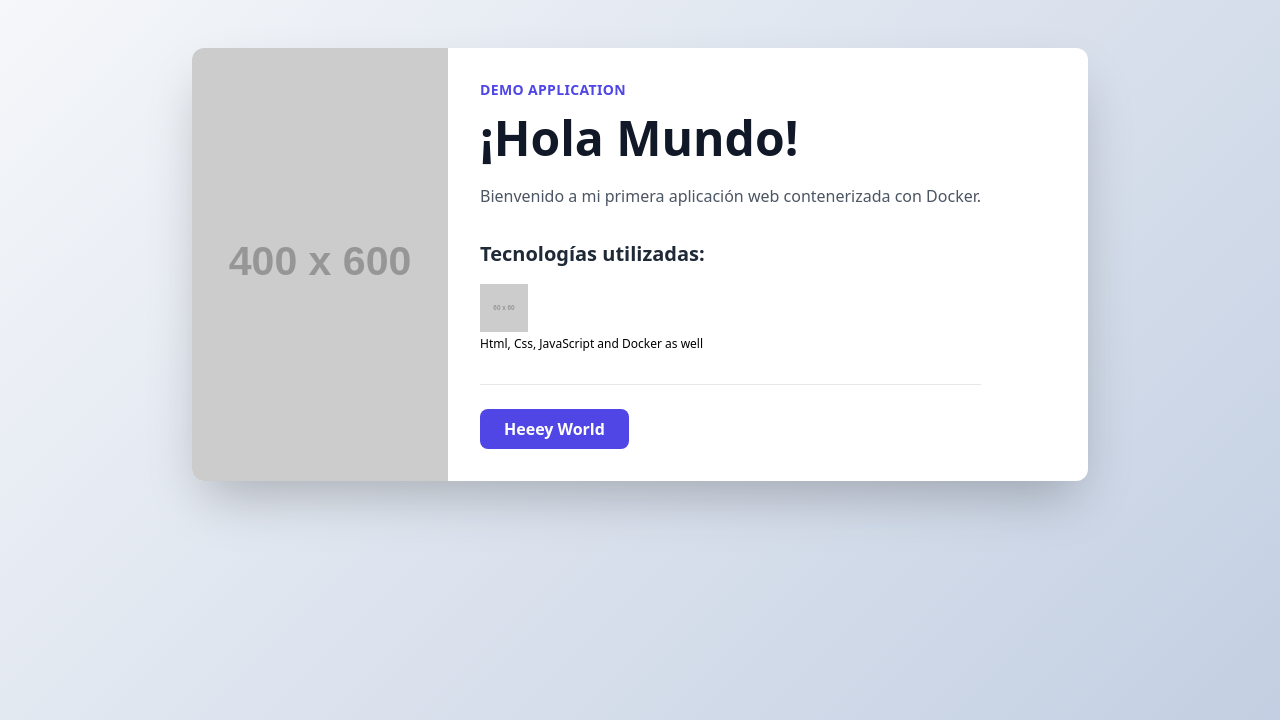
Repository: Deniz78y1966/s13electiva2
Page: index.html
These files come from the project's save history. The page is drawn as it stood at one moment and after the next save; the edit follows.
The browser window is 1280 px wide. The pictures show the whole page.
Some web libraries are served in a nearby version.

Above is the page before, as saved 2025-08-19 22:37:52.

After the next save:
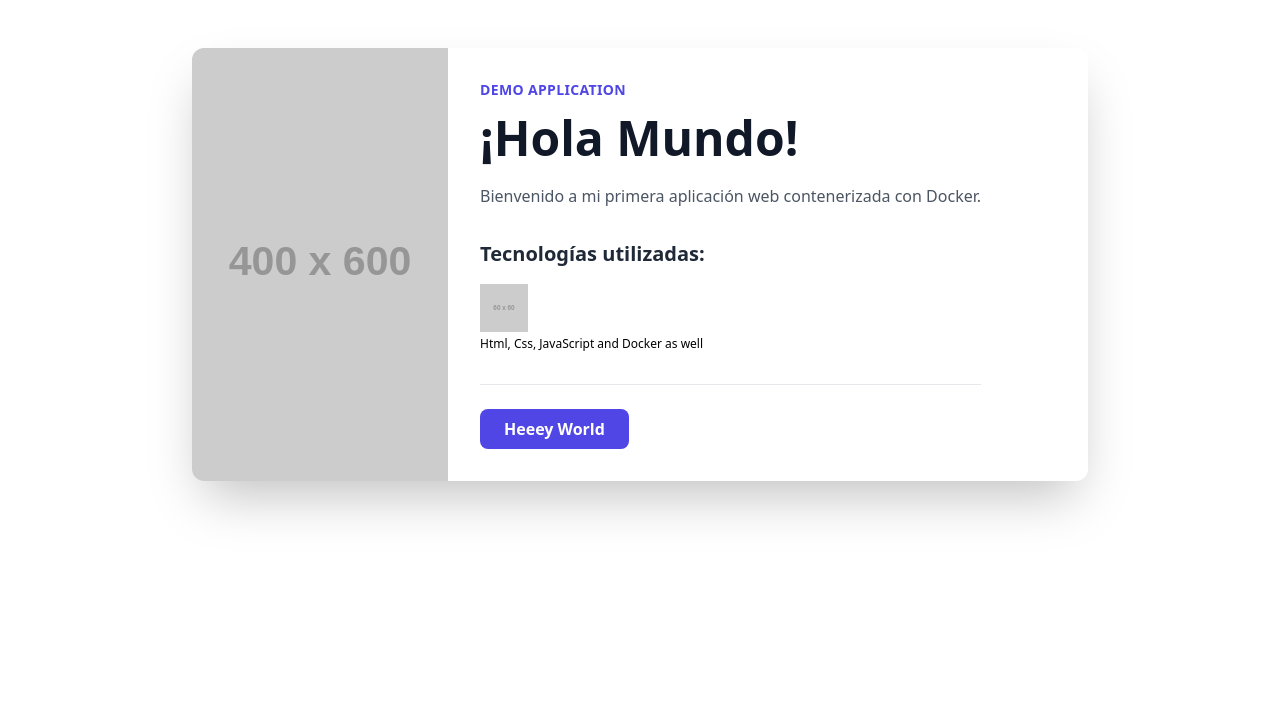
Saved 19 s later.
--- a/style.css
+++ b/style.css
@@ -1,7 +1,7 @@
-body {
+/* body {
     background: linear-gradient(135deg, #f5f7fa 0%, #c3cfe2 100%);
     min-height: 100vh;
-}
+} */
 
 .greeting {
     animation: fadeIn 1.5s ease-in-out;
